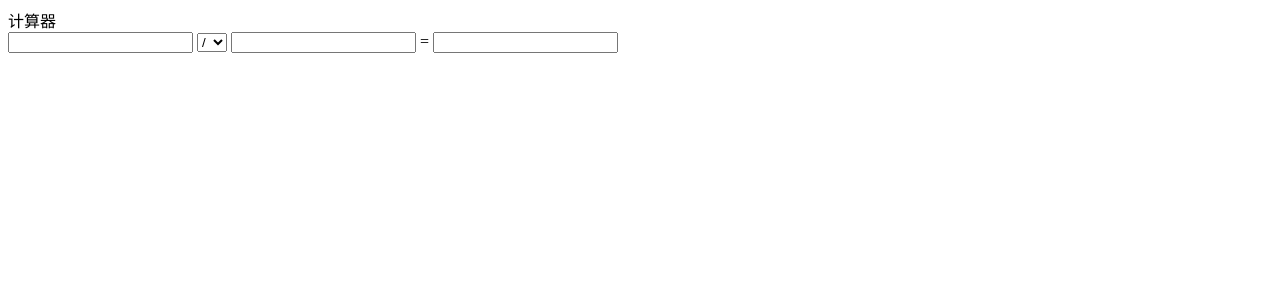
Repository: guirui-li/StudyJavaWeb
Page: http://localhost/JavawebTest/jisuan.jsp
An editor plug-in stored every save of this project. The page is shown before and after the next save, followed by the edit.
The browser window is 1280 px wide. The pictures show the whole page.
The page is served by Tomcat 9.

Above is the page before, as saved 2019-04-26 12:07:51.

After the next save:
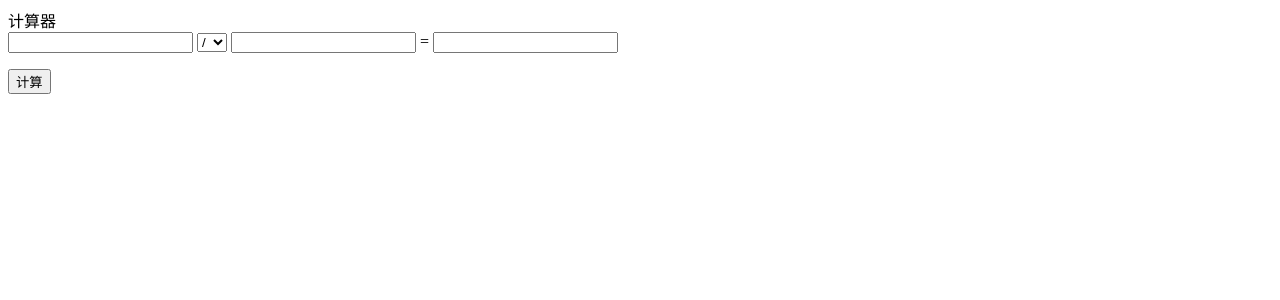
Saved 65 s later.
--- a/JavawebTest/WebContent/jisuan.jsp
+++ b/JavawebTest/WebContent/jisuan.jsp
@@ -39,6 +39,11 @@
 		<label>
 			<input type="text" name="sum" value="<%=sum %>">
 		</label>
+		<p>
+			<label>
+				<input type="submit" name="Submit" value="计算"/>
+			</label>
+		</p>
 	</form>
 
 </body>
